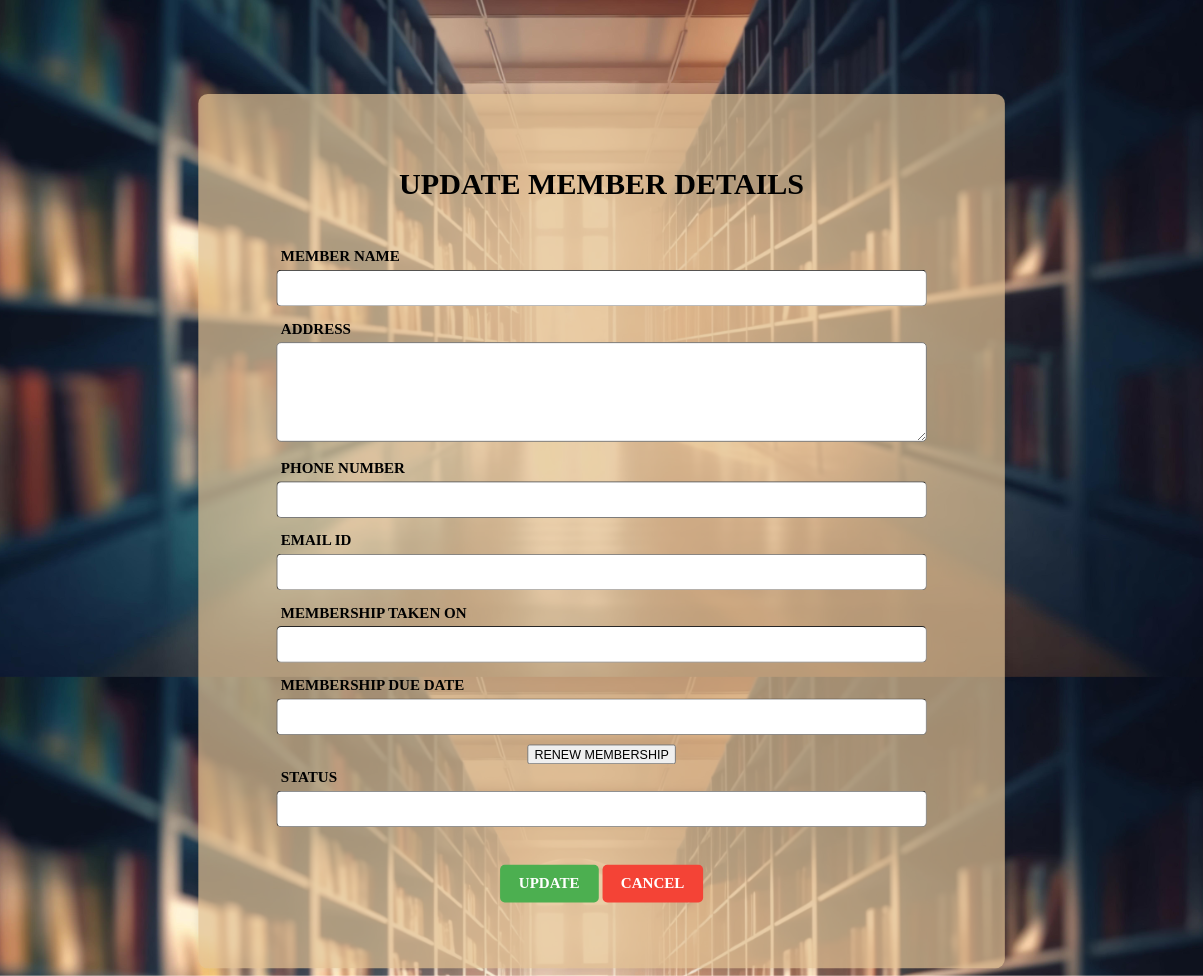
Repository: devikrishna908/RURAL-LIBRARY-MANAGEMENT
Page: http://localhost/library-management/WEB-INF/jsp/edit-member.jsp
The author's editor kept a copy of each file at every save. The page is drawn from the files as they stood at one save, then again after the next save.
The browser window is 1280 px wide. The pictures show the whole page, at 94% of full size.
Backgrounds fixed to the window are drawn as part of the page. The page is served by Tomcat 9. Nobody is signed in. Other server files are loaded and not shown. The template is opened directly, without the code that normally fills it, so the values that code supplies are empty.

Above is the page before, as saved 2024-05-26 06:16:04.

### library-management/src/main/webapp/WEB-INF/jsp/edit-member.jsp
<%@ page language="java" contentType="text/html; charset=ISO-8859-1"
    pageEncoding="ISO-8859-1"%>
<!DOCTYPE html>
<html>
<head>
<meta charset="ISO-8859-1">
<title>Add Book</title>
<link rel="stylesheet" href="css/member-style.css">
<script src="js/add-member.js" type="text/javascript"></script>

</head>
<body>
	<div class="container">
		<h2>UPDATE MEMBER DETAILS</h2>
		<div class="form-container">
            <form name="create" method="post" action="/update-member/${member.reg_no}" onsubmit="return validateForm()">

	    	    <label for="name">MEMBER NAME</label>
    	    	<input type="text" id="name" name="name" value="${member.name}"><br>

		        <label for="address">ADDRESS</label>
				<textarea name="address" id="address">${member.address}</textarea>

		        <label for="phone">PHONE NUMBER</label>
    		    <input type="text" id="phone" name="phone" value="${member.phone}"><br>

		        <label for="email">EMAIL ID</label>
    		    <input type="text" id="email" name="email" value="${member.email}"><br>

		        <label for="reg-date">MEMBERSHIP TAKEN ON</label>
    		    <input type="text" id="reg-date" name="reg-date" value="${member.membership_taken_on}"><br>

		        <label for="due-date">MEMBERSHIP DUE DATE</label>
    		    <input type="text" id="due-date" name="due-date" value="${member.membership_due_on}">
    		    <input type="button" value="RENEW MEMBERSHIP" onclick="renewAction()"><br>

		        <label for="status">STATUS</label>
    		    <input type="text" id="status" name="status" value="${member.status}"><br>

				<div class="input-button">
					<input type="submit" value="UPDATE" class="insert">
					<input type="button" value="CANCEL" class="cancel" onclick="cancelAction()"> <br>
				</div>
			</form>
		</div>

	</div>

</body>
</html>

### library-management/src/main/resources/static/css/member-style.css
body {
    background-image: url('../images/bg.jpg');
    background-size: cover;
    background-repeat: no-repeat;
    background-attachment: fixed;
}

h2 {
	text-align: center;
	margin-bottom: 50px;
	color:black;
	font-size: 32px;
}

.form-container {
	text-align: center;
}

.container {
	width: 60%; /* Adjust the width of the container as needed */
	margin: 0 auto; /* Center the container horizontally */
	margin-top: 100px;
	background-color: rgb(225, 192, 147,0.7);
	/* Set the background color of the container */
	padding: 50px; /* Add some padding to the container */
	border-radius: 10px; /* Add rounded corners to the container */
	box-shadow: 0 0 10px rgba(0, 0, 0, 0.1);
	/* Add a shadow effect to the container */
}


.form-container label {
	display: block;
	text-align: left;
	font-family: serif;
	font-size: 12pt;
	font-weight:bold;
	margin-top:5px;
	margin-bottom: 5px;
	margin-left: 5%; /* Add some space between labels and input boxes */
}

.form-container input[type="text"] {
	border-radius: 5px;
	border-width: .5px;
	font-family:serif;
	font-size:12pt;
	padding-left:5px;
	width: 90%; /* Set the width of input boxes */
	margin-bottom: 10px; /* Add some space between input boxes */
	height: 35px;
}

.form-container textarea {
	width: 90%; /* Set the width of input boxes */
	margin-bottom: 10px; /* Add some space between input boxes */
	padding-left:5px;
	font-family:serif;
	font-size:12pt;
	border-width: .5px;
	border-radius: 5px;
}

.form-container textarea {
	height: 100px; /* Set the height of the textarea */
}

.input-button {
	text-align: center;
	margin-top: 30px; /* Space above the buttons */
	margin-bottom: 20px;
}

.input-button input[type="submit"], .input-button input[type="button"] , .renew {
	height: 40px;
	padding: 8px 20px;
	font-size: 12pt;
	border: none;
	font-family: 'Times New Roman', Times, serif;
	font-weight: bold;
	cursor: pointer;
	border-radius: 5px;
}

.input-button input[type="submit"].insert {
	background-color: #4CAF50;
	/* Green background for the "CREATE" button */
	color: white;
}

.input-button input[type="button"].cancel {
	background-color: #f44336; /* Red background for the "CANCEL" button */
	color: white;
}

.renew {
	background-color: rgb(187, 74, 36);
	color: white;
	margin-top: 10px;
}

### library-management/src/main/resources/static/js/add-member.js

    function validateForm() {
        var name = document.getElementById("name").value;
        var address = document.getElementById("address").value;
        var phone = document.getElementById("phone").value;
        var email = document.getElementById("email").value;

        // Check if all fields are filled and not just spaces
        if (name.trim() === "" || address.trim() === "" || phone === "nil" || email === "nil") {
            alert("Please fill out all fields.");
            return false;
        }

		if (!/^\d{10}$/.test(phone)) {
			alert("Please enter a valid 10-digit contact number.");
			return false;
		}

		if (!/^[\w-]+(\.[\w-]+)*@([\w-]+\.)+[a-zA-Z]{2,7}$/.test(email)) {
			alert("Please enter a valid email address.");
			return false;
		}
        return true;

    }


    function cancelAction() {
	    window.history.back();
	//		window.location.href = '/home';
    }

     function renewAction() {

        const currentDate = new Date();
        const newDueDate = new Date(currentDate);
        newDueDate.setDate(currentDate.getDate() + 90);

        const formattedDueDate = newDueDate.toISOString().split('T')[0];

        document.getElementById('membership_due_on').value = formattedDueDate;
        document.getElementById('status').value = 'ACTIVE';
    }

After the next save:
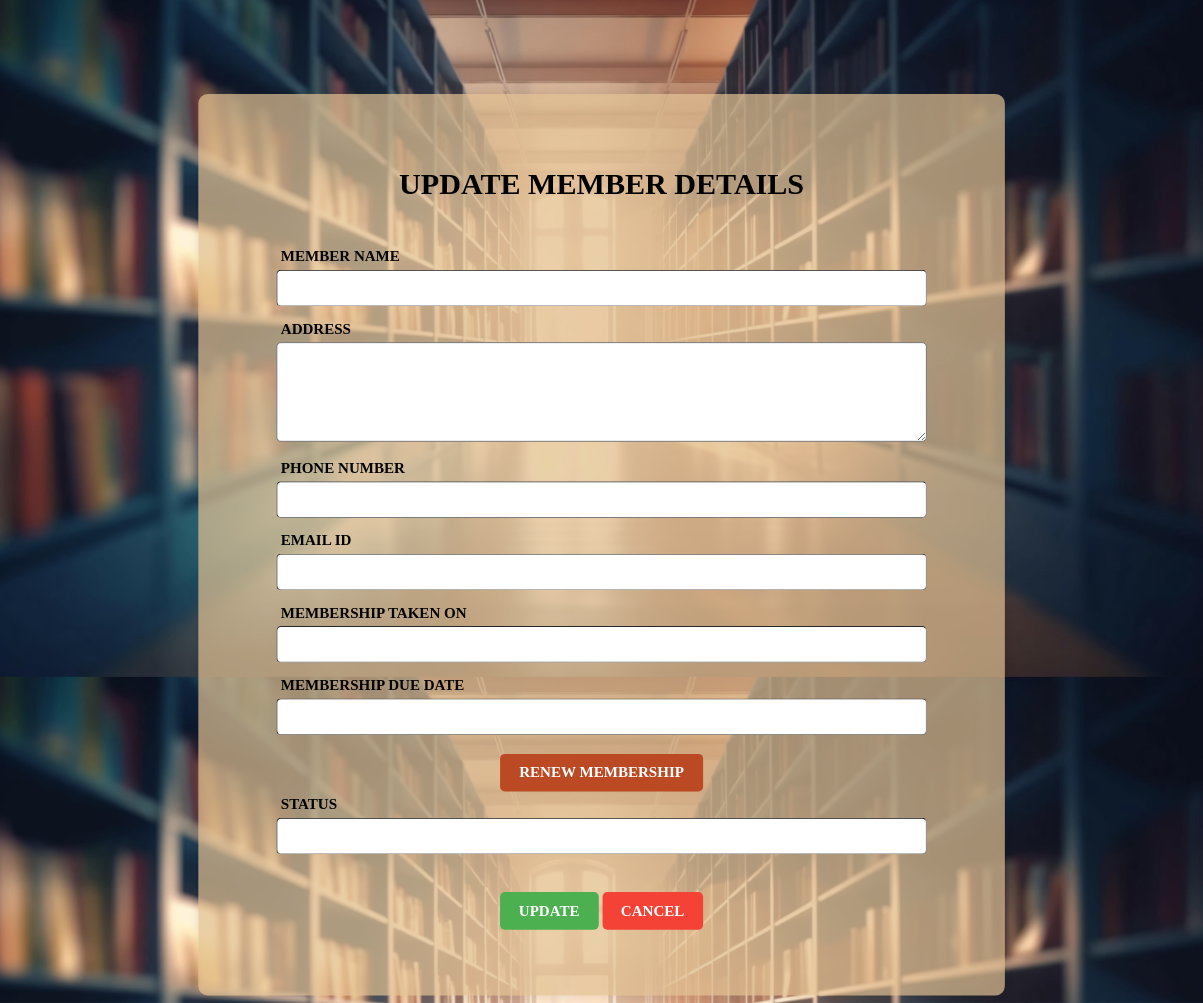
Saved 44 s later.
--- a/library-management/src/main/webapp/WEB-INF/jsp/edit-member.jsp
+++ b/library-management/src/main/webapp/WEB-INF/jsp/edit-member.jsp
@@ -32,7 +32,7 @@
 
 		        <label for="due-date">MEMBERSHIP DUE DATE</label>
     		    <input type="text" id="due-date" name="due-date" value="${member.membership_due_on}">
-    		    <input type="button" value="RENEW MEMBERSHIP" onclick="renewAction()"><br>
+    		    <input type="button" value="RENEW MEMBERSHIP" class="renew" onclick="renewAction()"><br>
 
 		        <label for="status">STATUS</label>
     		    <input type="text" id="status" name="status" value="${member.status}"><br>
